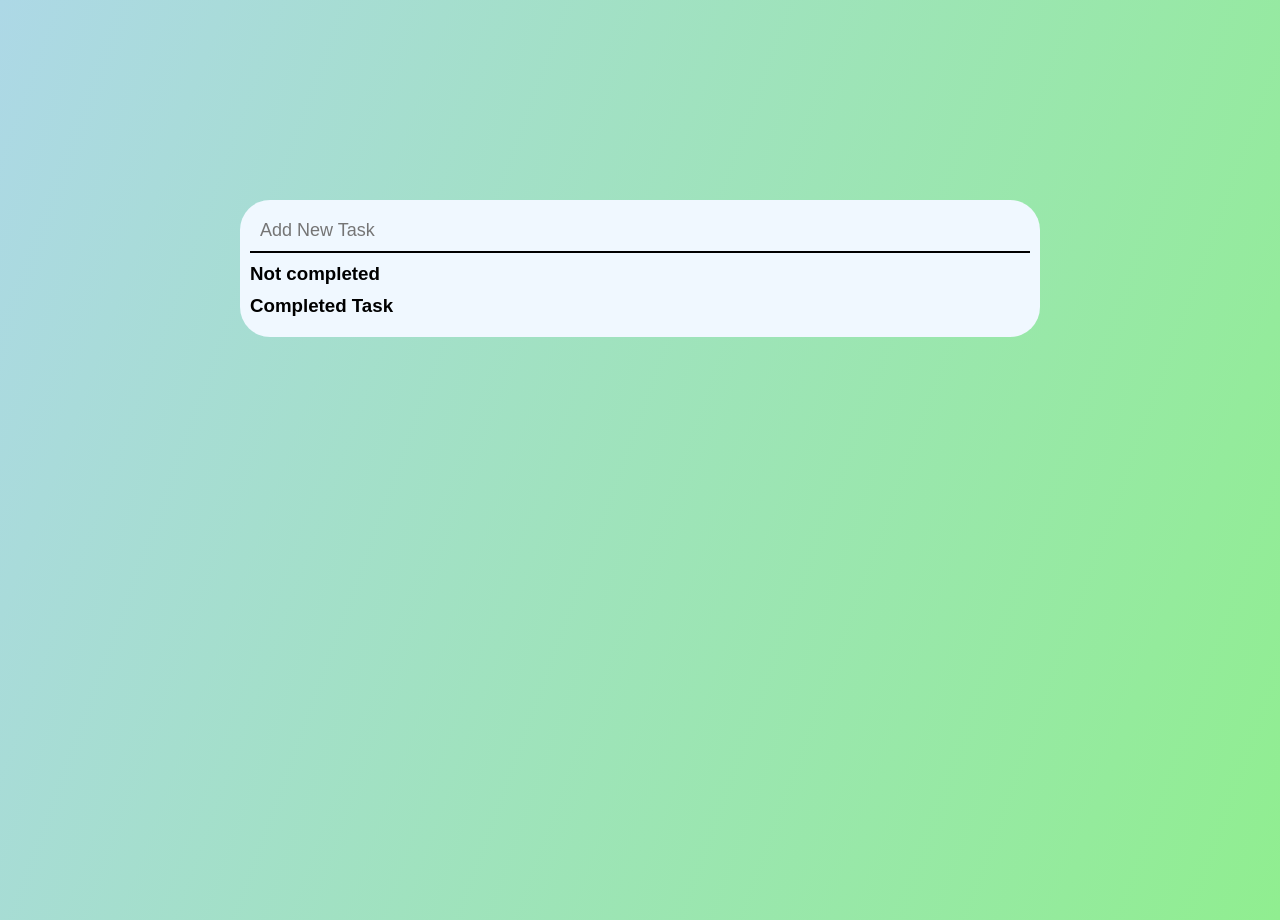
Repository: Mayur2905/OIBSIP
Page: Task-6/index.html
These files come from the project's save history. The page is drawn as it stood at one moment and after the next save; the edit follows.
The browser window is 1280 px wide. The pictures show the whole page.

Above is the page before, as saved 2022-02-05 21:36:37.

### Task-6/index.html
<!DOCTYPE html>
<html lang="en">
<head>
    <meta charset="UTF-8">
    <meta http-equiv="X-UA-Compatible" content="IE=edge">
    <meta name="viewport" content="width=device-width, initial-scale=1.0">
    <link rel="stylesheet" href="style.css">
    <link rel="stylesheet" href="https://cdnjs.cloudflare.com/ajax/libs/font-awesome/5.15.1/css/all.css">
    <script src="https://ajax.googleapis.com/ajax/libs/jquery/3.5.1/jquery.min.js"></script>
    <title>To Do List</title>
</head>
<body>
    <div class="container">
        <input type="text" class="textb" placeholder="Add New Task">
        <div class="notdone">
            <h3>Not completed</h3>

        </div>
        <div class="complete">
            <h3>Completed Task</h3>

        </div>
    </div>
    <script rel="text.javascript" src="script.js"></script>
</body>
</html>

### Task-6/style.css
* {
  margin: 0;
  padding: 0;
  font-family: "montserrat", Arial, Helvetica, sans-serif;
  box-sizing: border-box;
}
body {
  background-image: linear-gradient(110deg, lightblue, lightgreen);
  min-height: 100vh;
}

.container {
  max-width: 800px;
  margin: auto;
  padding: 10px;
  margin-top: 200px;
  background-color: aliceblue;
  border-radius: 30px;
}
.textb {
  width: 100%;
  border: none;
  border-bottom: 2px solid #000;
  background: none;
  padding: 10px;
  outline: none;
  font-size: 18px;
}
.textb1 {
  width: 100%;
  border: none;
  border-bottom: 2px solid #000;
  background: none;
  padding: 10px;
  outline: none;
  font-size: 18px;
}

h3 {
  margin: 10px 0;
}
.task {
  width: 100%;
  background: rgba(255, 255, 255, 0.5);
  padding: 8px;
  margin: 8px 0;
  overflow: hidden;
  border-radius: 30px;
}
.task i {
  float: right;
  margin-left: 20px;
  cursor: pointer;
  padding-left: 5px;
}
.complete .task {
  background: rgba(0, 0, 0, 0.5);
  color: #ffff;
  border-radius: 30px;
}

### Task-6/script.js
$(".textb").on("keyup",function(e){
    if(e.keyCode == 13 && $(".textb").val() != "")
    {
        var task =$("<div class='task'></div>").text($(".textb").val());
        var del =$("<i class='fas fa-trash-alt'></i>").click(function(){
            var p = $(this).parent();
            p.fadeOut(function(){
                p.remove();
            });
        });
        var tick =$("<i class='fas fa-check'></i>").click(function(){
            var p =$(this).parent();
            p.fadeOut(function(){
                $(".complete").append(p);
                p.fadeIn();
            });
            $(this).remove();
        });
        task.append(del,tick);
        $(".notdone").append(task);
        $(".texttb").val("");
    }
});

After the next save:
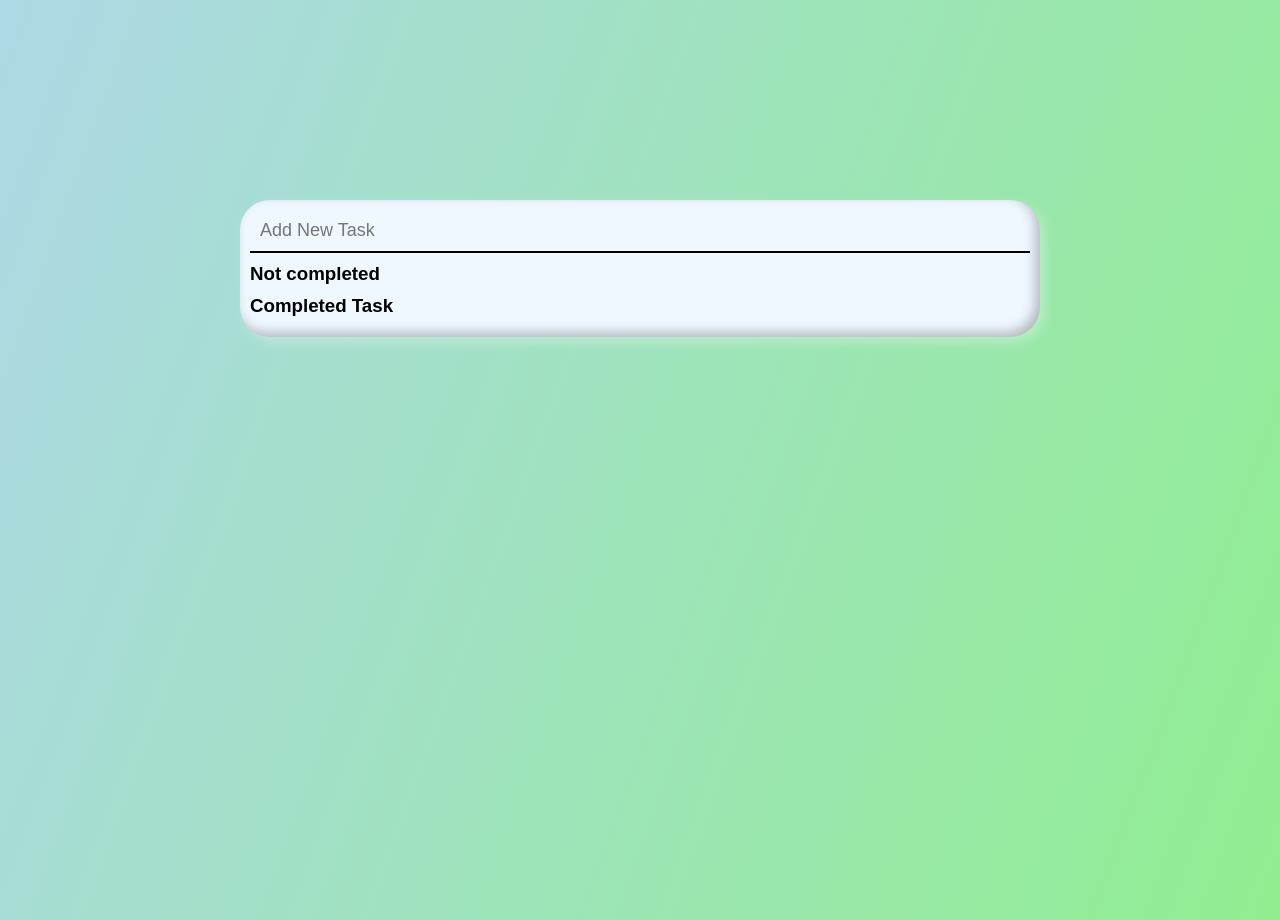
Saved 97 s later.
--- a/Task-6/style.css
+++ b/Task-6/style.css
@@ -16,6 +16,8 @@ body {
   margin-top: 200px;
   background-color: aliceblue;
   border-radius: 30px;
+  box-shadow: inset -5px -5px 12px rgba(0, 0, 0, 0.25),
+    5px 5px 12px rgba(255, 255, 255, 0.3);
 }
 .textb {
   width: 100%;
@@ -46,6 +48,8 @@ h3 {
   margin: 8px 0;
   overflow: hidden;
   border-radius: 30px;
+  box-shadow: inset -5px -5px 12px rgba(0, 0, 0, 0.25),
+    5px 5px 12px rgba(255, 255, 255, 0.3);
 }
 .task i {
   float: right;
@@ -57,4 +61,6 @@ h3 {
   background: rgba(0, 0, 0, 0.5);
   color: #ffff;
   border-radius: 30px;
+  box-shadow: inset -5px -5px 12px rgba(0, 0, 0, 0.25),
+    5px 5px 12px rgba(255, 255, 255, 0.3);
 }
